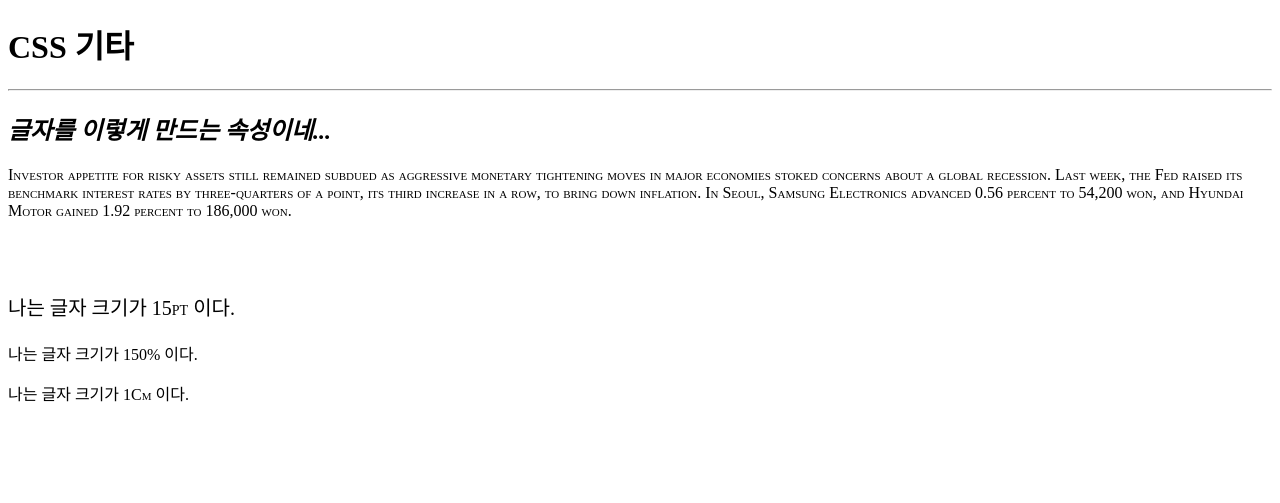
Repository: lolsoyeon/WebStudy
Page: WebApp02/WebContent/Test015.html
These files come from the project's save history. The page is drawn as it stood at one moment and after the next save; the edit follows.
The browser window is 1280 px wide. The pictures show the whole page.

Above is the page before, as saved 2022-09-28 05:06:22.

### WebApp02/WebContent/Test015.html
<!DOCTYPE html>
<html>
<head>
<meta charset="UTF-8">
<title>Test015.html</title>

<style type="text/css">
	h2 {font-style: oblique;}
	p {font-variant: small-caps;}

	p.pt {font-size: 15pt;}
	p.percent {font-size: }
	p.cm {font-size: }
</style>
</head>
<body>

<div>
	<h1>CSS 기타</h1>
	<hr>
</div>

<div>
	<h2>글자를 이렇게 만드는 속성이네...</h2>
	<p>Investor appetite for risky assets still remained subdued as aggressive monetary
	tightening moves in major economies stoked concerns about a global recession.
	Last week, the Fed raised its benchmark interest rates by three-quarters of a point,
	its third increase in a row, to bring down inflation.
	In Seoul, Samsung Electronics advanced 0.56 percent to 54,200 won,
	and Hyundai Motor gained 1.92 percent to 186,000 won.</p>
</div>
<br><br>

<div>
	<p class="pt">나는 글자 크기가 15pt 이다.</p>
	<p class="percent">나는 글자 크기가 150% 이다.</p>
	<p class="cm">나는 글자 크기가 1Cm 이다.</p>
</div>
</body>
</html>

After the next save:
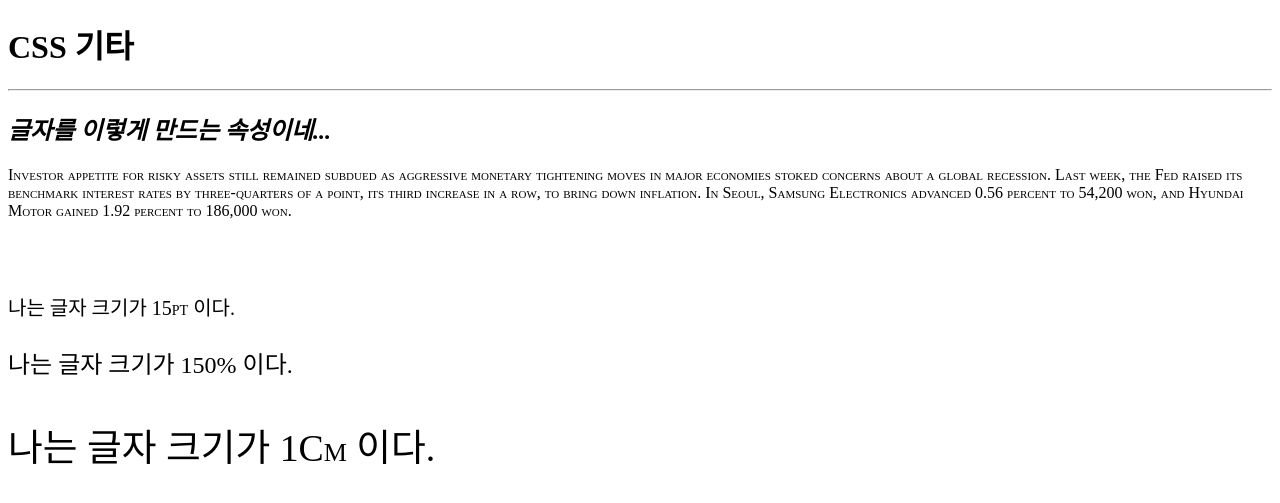
Saved 35 s later.
--- a/WebApp02/WebContent/Test015.html
+++ b/WebApp02/WebContent/Test015.html
@@ -9,8 +9,8 @@
 	p {font-variant: small-caps;}
 
 	p.pt {font-size: 15pt;}
-	p.percent {font-size: }
-	p.cm {font-size: }
+	p.percent {font-size: 150%; }
+	p.cm {font-size: 1cm;}
 </style>
 </head>
 <body>
